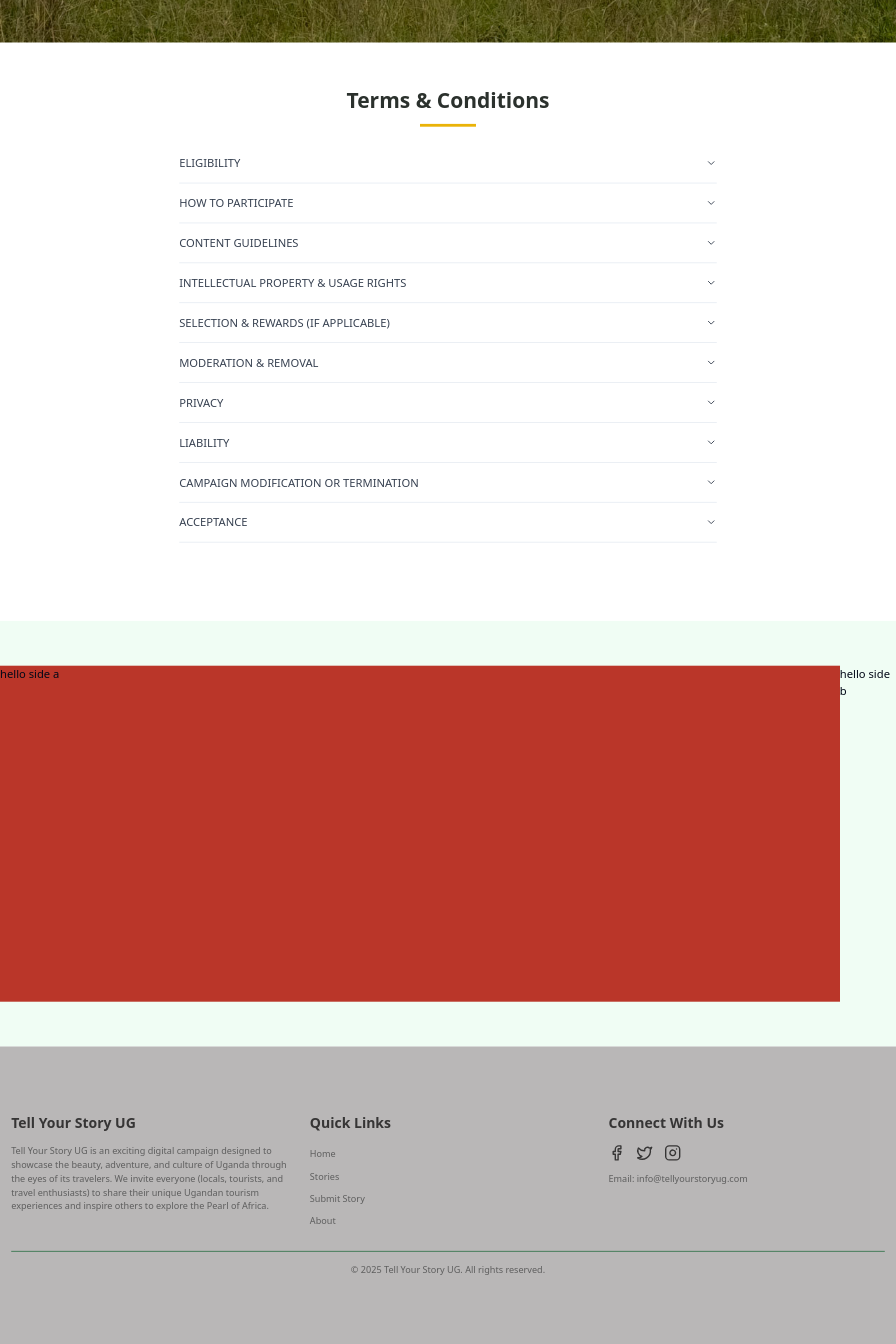
Repository: kaizoku010/take.part
Page: /
An editor plug-in stored every save of this project. The page is shown before and after a run of saves, followed by the edit.
The browser window is 1280 px wide. The pictures show the part of the page from y = 3350 to 5270 px (the page is 5270 px tall), at 70% of full size.
Backgrounds fixed to the window are drawn as part of the page. The project was rebuilt for these pictures with package versions that can differ from the ones it lists, and the page was loaded fresh each time. Also part of the build but not shown: vite.config.ts, src/components/ui/tooltip.tsx, src/pages/About.tsx, src/components/ui/input.tsx, src/pages/Stories.tsx, src/pages/StoryDetail.tsx, src/components/ui/use-toast.ts, src/components/ui/label.tsx and 3 more.

Above is the page before, as saved 2025-04-14 16:52:53.

After the next 2 saves:
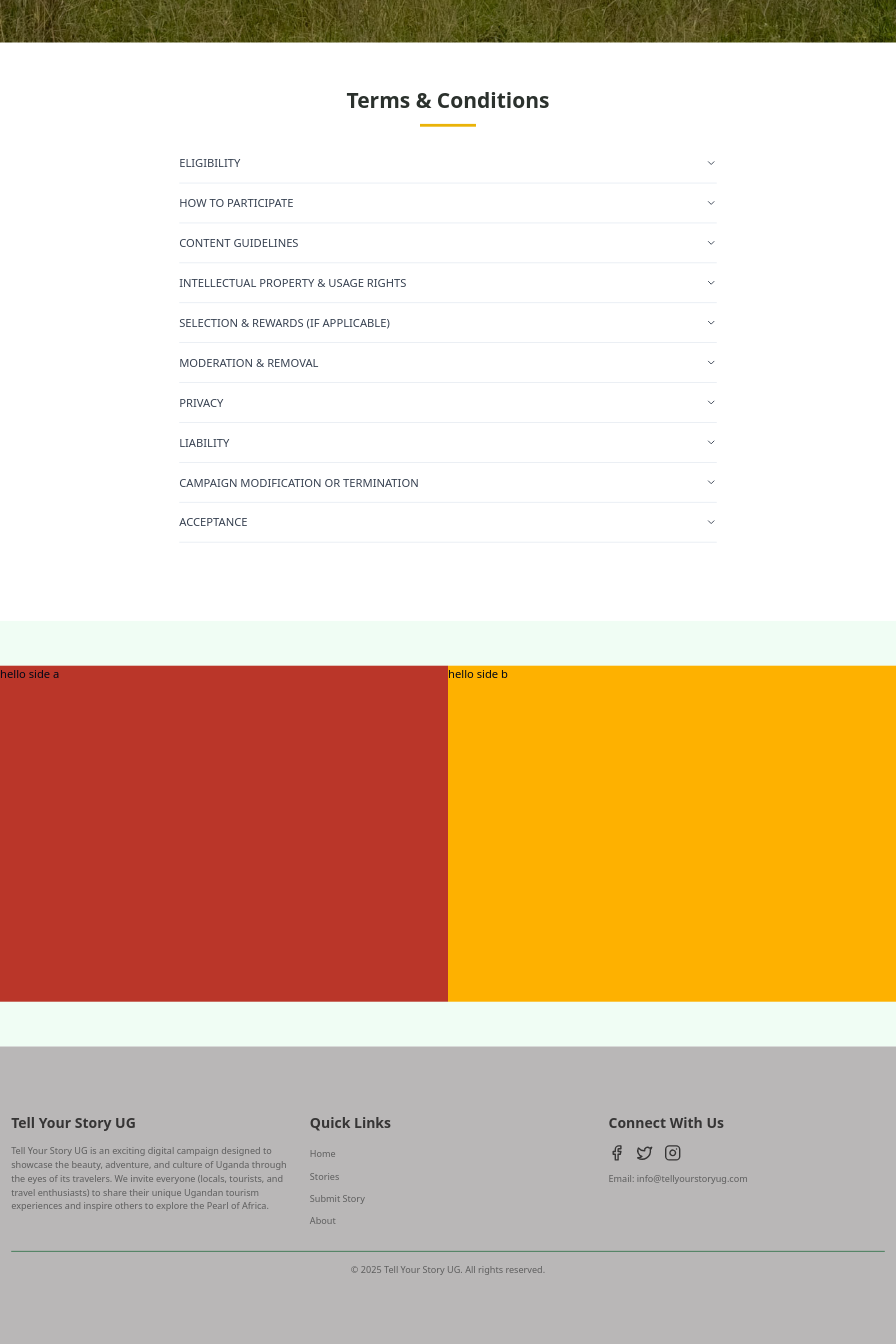
The 2 saves are shown as one change because they came seconds apart.
The last was saved 8 s later.
--- a/src/mdx.css
+++ b/src/mdx.css
@@ -164,3 +164,9 @@ background-color: #ba3629 !important;
     height: 30rem;
     background-color: #ba3629 !important;
 }
+
+#cta-section-2{
+    width: 100%;
+    height: 30rem;
+    background-color: #feb100 !important;
+}
